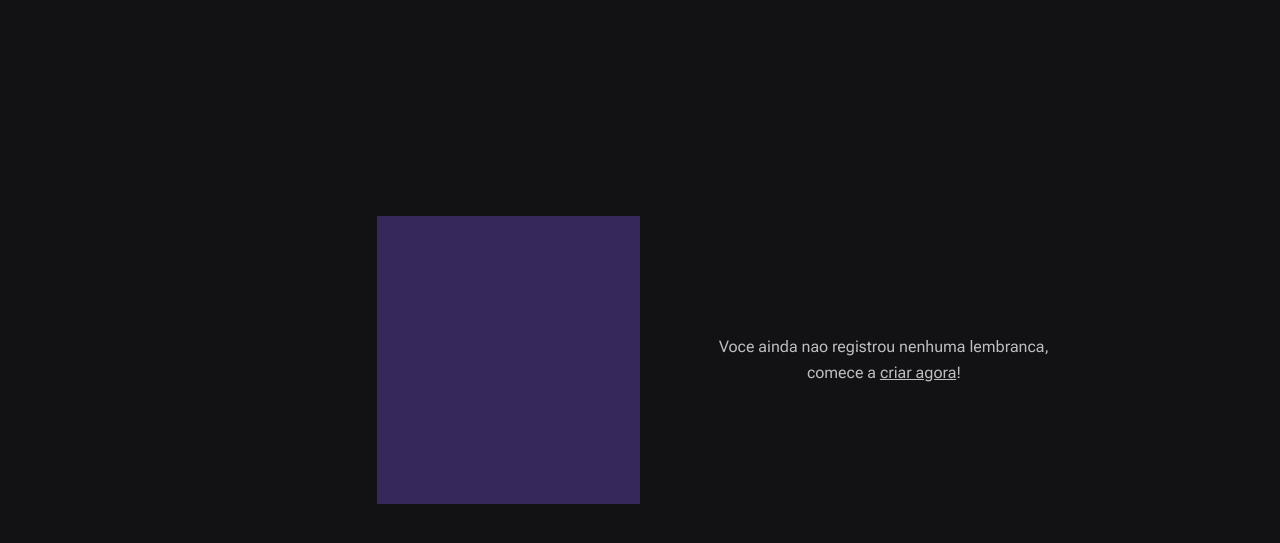
Repository: viniimartins/NLWSpacetime
Page: /
These files come from the project's save history. The page is drawn as it stood at one moment and after the next save; the edit follows.
The browser window is 1280 px wide. The pictures show the whole page.
Some web fonts or font styles are not loaded; a fallback is used. The project was rebuilt for these pictures with package versions that can differ from the ones it lists, and the page was loaded fresh each time. The framework's server and built-in components were replaced by stand-ins that run in the browser. Also part of the build but not shown: next.config.js.

Above is the page before, as saved 2023-05-17 15:54:11.

### src/app/layout.tsx
import React from "react";
import "./globals.css";
import {
  Roboto_Flex as Roboto,
  Bai_Jamjuree as BaiJamjuree,
} from "next/font/google";

const roboto = Roboto({ subsets: ["latin"], variable: "--font-roboto" });
const baiJamjuree = BaiJamjuree({
  subsets: ["latin"],
  weight: "700",
  variable: "--font-bai-Jamjuree",
});

export const metadata = {
  title: "NLW Spacetime",
  description:
    "Uma cápsula do tempo contruido com REact, Next.js, TailwindCSS e TypeScript",
};

export default function RootLayout({
  children,
}: {
  children: React.ReactNode;
}) {
  return (
    <html lang="en">
      <body
        className={`${roboto.variable}  ${baiJamjuree.variable} bg-gray-900 font-sans text-gray-100`}
      >
        {children}
      </body>
    </html>
  );
}

### src/app/page.tsx
export default function Home() {
  return (
    <main className="grid min-h-screen grid-cols-2">
      <div className="relative flex flex-col items-start justify-between overflow-hidden px-28 py-16">
        <div className="absolute right-0 top-1/2 h-[288px] w-[526px] -translate-y-1/2 translate-x-1/2 round bg-purple-700 opacity-50"></div>
      </div>

      <div className="flex flex-col p-16">
        <div className="justift-center flex flex-1 items-center">
          <p className="w-[360px] text-center leading-relaxed">
            Voce ainda nao registrou nenhuma lembranca, comece a{" "}
            <a href="" className="underline hover:text-gray-50">
              criar agora
            </a>
            !
          </p>
        </div>
      </div>
    </main>
  );
}

### tailwind.config.js
/** @type {import('tailwindcss').Config} */
module.exports = {
  content: [
    './src/pages/**/*.{js,ts,jsx,tsx,mdx}',
    './src/components/**/*.{js,ts,jsx,tsx,mdx}',
    './src/app/**/*.{js,ts,jsx,tsx,mdx}',
  ],
  theme: {
    extend: {
      fontFamily: {
        sans: 'var(--font-roboto)',
        alt: 'var(--font-bai-jamjuree)'
      }
    },


    colors: {
      gray: {
        50: '#eaeaea',
        100: '#bebebf',
        200: '#9e9ea0',
        300: '#727275',
        400: '#56565a',
        500: '#2c2c31',
        600: '#28282d',
        700: '#1f1f23',
        800: '#18181b',
        900: '#121215',
      },
      purple: {
        50: '#f3eefc',
        100: '#d8cbf7',
        200: '#c6b2f3',
        300: '#ab8eee',
        400: '#9b79ea',
        500: '#8257e5',
        600: '#764fd0',
        700: '#5c3ea3',
        800: '#48307e',
        900: '#372560',
      },
      green: {
        50: '#e6fbef',
        100: '#b1f1ce',
        200: '#8cebb6',
        300: '#57e295',
        400: '#36dc81',
        500: '#04d361',
        600: '#04c058',
        700: '#039645',
        800: '#027435',
        900: '#025929',
      },
    },
  },
  plugins: [],
}

Loaded but not shown: src/app/globals.css (common file)

After the next save:
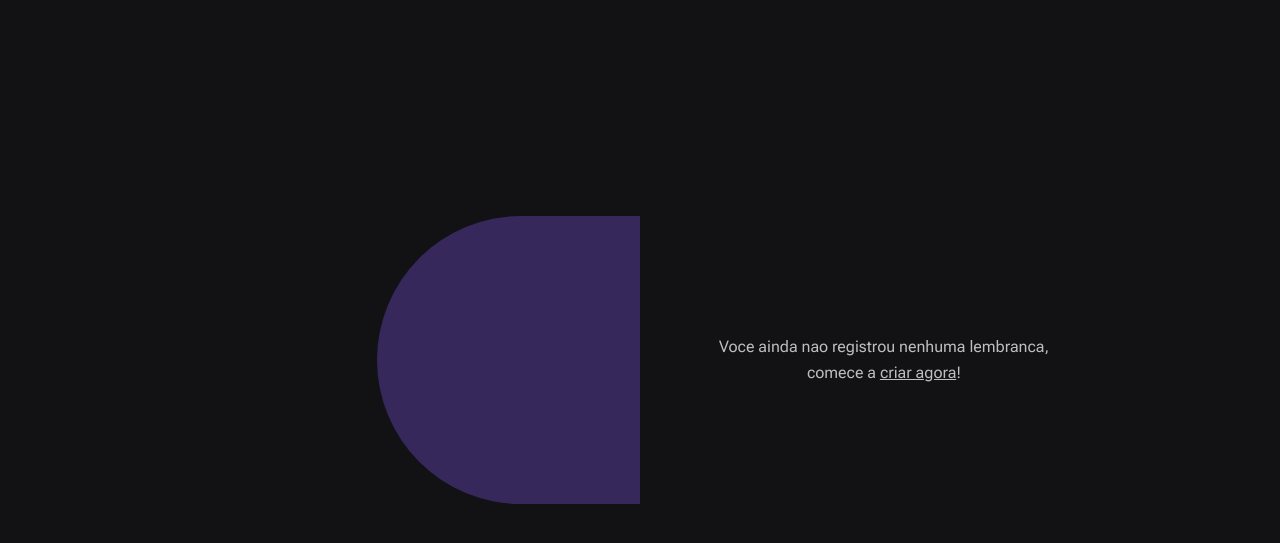
Saved 4 s later.
--- a/src/app/page.tsx
+++ b/src/app/page.tsx
@@ -2,7 +2,7 @@ export default function Home() {
   return (
     <main className="grid min-h-screen grid-cols-2">
       <div className="relative flex flex-col items-start justify-between overflow-hidden px-28 py-16">
-        <div className="absolute right-0 top-1/2 h-[288px] w-[526px] -translate-y-1/2 translate-x-1/2 round bg-purple-700 opacity-50"></div>
+        <div className="absolute right-0 top-1/2 h-[288px] w-[526px] -translate-y-1/2 translate-x-1/2 rounded-full bg-purple-700 opacity-50"></div>
       </div>
 
       <div className="flex flex-col p-16">
